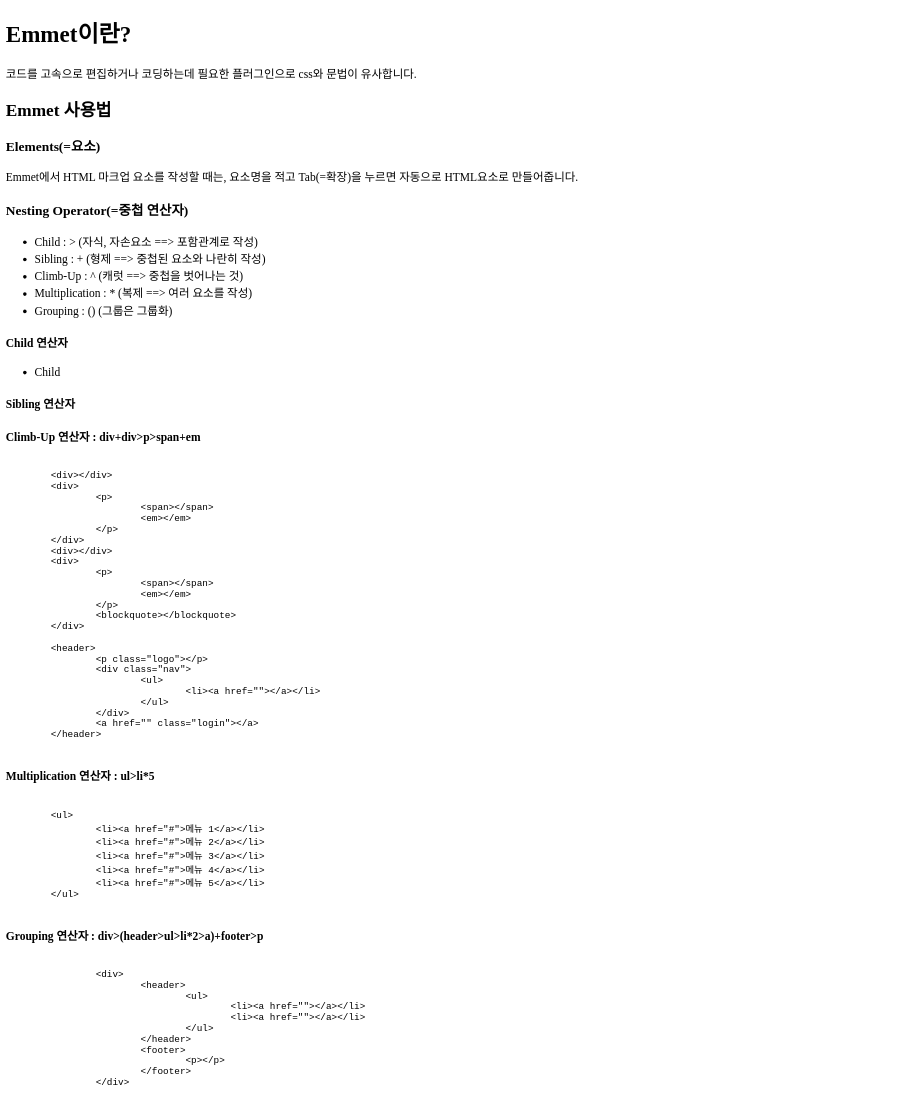
Repository: sbn121/WebUi
Page: Workspace/CloneCoding1/src/main/webapp/emmet-syntax.html
An editor plug-in stored every save of this project. The page is shown before and after the next save, followed by the edit.
The browser window is 1280 px wide. The pictures show the whole page, at 72% of full size.

Above is the page before, as saved 2023-05-30 07:28:11.

### Workspace/CloneCoding1/src/main/webapp/emmet-syntax.html
<!DOCTYPE html>
<html>
<head>
<meta charset="UTF-8">
<title>수코딩 클론</title>
<meta name="viewport" content="width=device-width, initial-scale=1.0" />

</head>
<body>
	<!-- https://docs.emmet.io/abbreviations/syntax/ -->
	<h1>Emmet이란?</h1>
	<p>코드를 고속으로 편집하거나 코딩하는데 필요한 플러그인으로 css와 문법이 유사합니다.</p>

	<h2>Emmet 사용법</h2>

	<h3>Elements(=요소)</h3>
	<p>Emmet에서 HTML 마크업 요소를 작성할 때는, 요소명을 적고 Tab(=확장)을 누르면 자동으로 HTML요소로 만들어줍니다.</p>

	<h3>Nesting Operator(=중첩 연산자)</h3>
	<ul>
		<li>Child : > (자식, 자손요소 ==> 포함관계로 작성)</li>
		<li>Sibling : + (형제 ==> 중첩된 요소와 나란히 작성)</li>
		<li>Climb-Up : ^ (캐럿 ==> 중첩을 벗어나는 것)</li>
		<li>Multiplication : * (복제 ==> 여러 요소를 작성)</li>
		<li>Grouping : () (그룹은 그룹화)</li>
	</ul>

	<h4>Child 연산자</h4>
	<div>
		<ul>
			<li>Child</li>
		</ul>
	</div>

	<h4>Sibling 연산자</h4>
	<div></div>
	<p></p>
	<blockquote></blockquote>

	<h4>Climb-Up 연산자 : div+div>p>span+em</h4>
	<xmp>
	<div></div>
	<div>
		<p>
			<span></span>
			<em></em>
		</p>
	</div>
	<div></div>
	<div>
		<p>
			<span></span>
			<em></em>
		</p>
		<blockquote></blockquote>
	</div>

	<header>
		<p class="logo"></p>
		<div class="nav">
			<ul>
				<li><a href=""></a></li>
			</ul>
		</div>
		<a href="" class="login"></a>
	</header>
	</xmp>
	<h4>Multiplication 연산자 : ul>li*5</h4>
	<xmp>
	<ul>
		<li><a href="#">메뉴 1</a></li>
		<li><a href="#">메뉴 2</a></li>
		<li><a href="#">메뉴 3</a></li>
		<li><a href="#">메뉴 4</a></li>
		<li><a href="#">메뉴 5</a></li>
	</ul>
	</xmp>

	<h4>Grouping 연산자 : div>(header>ul>li*2>a)+footer>p</h4>
	<xmp>
		<div>
			<header>
				<ul>
					<li><a href=""></a></li>
					<li><a href=""></a></li>
				</ul>
			</header>
			<footer>
				<p></p>
			</footer>
		</div>
	</xmp>







</body>
</html>

After the next save:
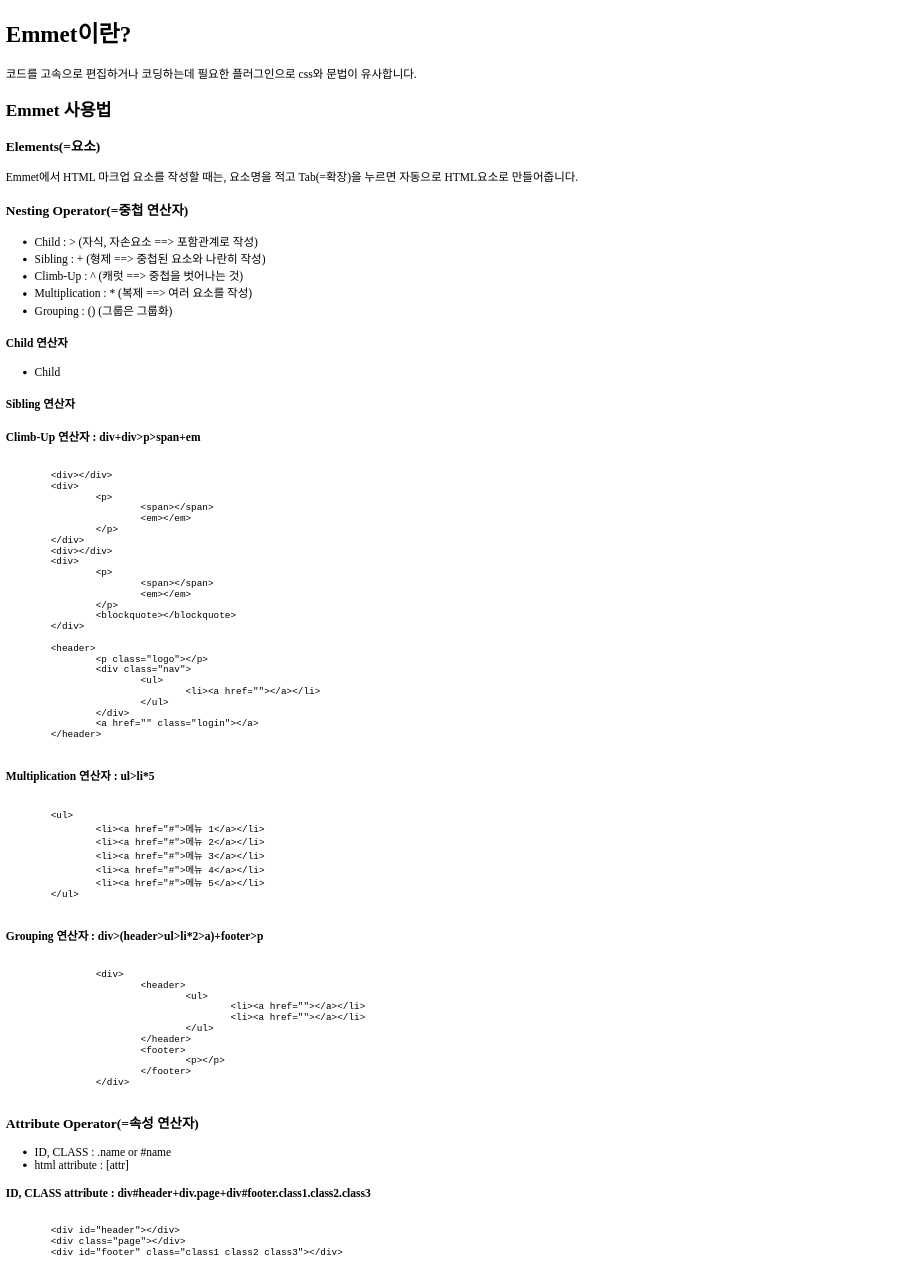
Saved 5 min 50 s later.
--- a/Workspace/CloneCoding1/src/main/webapp/emmet-syntax.html
+++ b/Workspace/CloneCoding1/src/main/webapp/emmet-syntax.html
@@ -91,11 +91,18 @@
 		</div>
 	</xmp>
 
+	<h3>Attribute Operator(=속성 연산자)</h3>
+	<ul>
+		<li>ID, CLASS : .name or #name</li>
+		<li>html attribute : [attr]</li>
+	</ul>
 
-
-
-
-
+	<h4>ID, CLASS attribute : div#header+div.page+div#footer.class1.class2.class3</h4>
+	<xmp>
+	<div id="header"></div>
+	<div class="page"></div>
+	<div id="footer" class="class1 class2 class3"></div>
+	</xmp>
 
 </body>
 </html>
